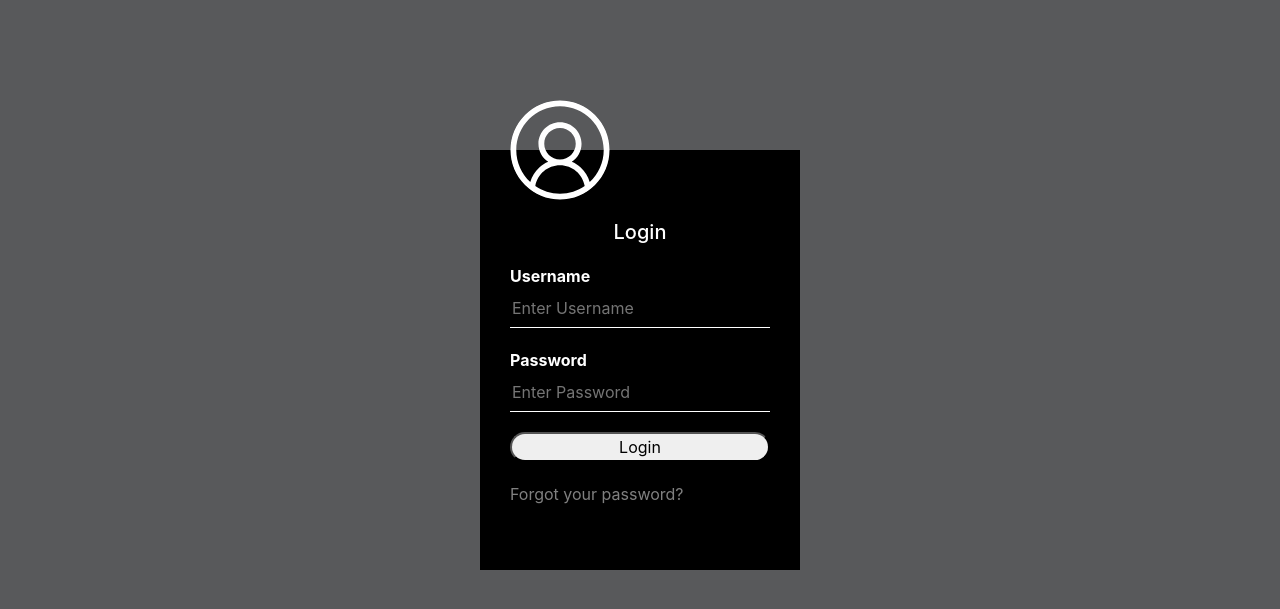
Repository: Lovekr/stylester
Page: stylster_frontend_design/login.html
The author's editor kept a copy of each file at every save. The page is drawn from the files as they stood at one save, then again after the next save.
The browser window is 1280 px wide. The pictures show the whole page.

Above is the page before, as saved 2020-03-09 12:40:35.

### stylster_frontend_design/login.html
<!DOCTYPE html>
<html lang="en">
<head>

    <meta charset="UTF-8">
    <meta name="viewport" content="width=device-width, initial-scale=1.0">
    <link rel="stylesheet" href="https://stackpath.bootstrapcdn.com/bootstrap/4.4.1/css/bootstrap.min.css" >
     <link rel="stylesheet" href="./css/owl.carousel.css">
     <link rel="stylesheet" href="./css//owl.theme.default.min.css">
     <link rel="stylesheet" href="https://cdnjs.cloudflare.com/ajax/libs/font-awesome/4.7.0/css/font-awesome.min.css">
     <link rel="stylesheet" href="./css/login.css">
    <title>STYLSTER</title>
</head>
<body>
     <div class="loginbox">
         <img src="./asset/login icon svg white-01.svg" class="loginicon">
         <h1>Login</h1>
         <form>
             <p>Username</p>
             <input type="text" name="" placeholder="Enter Username">
             <p>Password</p>
             <input type="password" name="" placeholder="Enter Password">
             <input type="submit" name="" value="Login">
             <a href="#">Forgot your password?</a>
         </form>
     </div>










</body>
</html>

### stylster_frontend_design/css/login.css
body {
    margin: 0;
    padding: 0;
    background-color: #58595b;
    background-size: cover;
    background-position: center;
}
.loginbox {
    width: 320px;
    height: 420px;
    background: #000;
    color: #fff;
    position: absolute;
    top:50%;
    left:50%;
    transform: translate(-50%, -50%);
    box-sizing: border-box;
    padding: 70px 30px;
}
.loginicon {
    width: 100px;
    height: 100px;
    border-radius: 50%;
    position: absolute;
    top: -50px;
    left: calc(-50%, 50px);
}
h1 {
    margin:0;
    padding: 0 0 20px;
    text-align: center;
    font-size: 20px;
}
.loginbox p{
    margin: 0;
    padding: 0;
    font-weight: bold;
}
.loginbox input{
    width: 100%;
    margin-bottom: 20px;
}
.loginbox input[type="text"], input[type="password"]
{
    border: none;
    border-bottom: 1px solid #fff;
    background: transparent;
    outline: none;
    height: 40px;
}
.loginbox input[type="submit"]
{
    border-radius: 20px;
}
.loginbox input[type="submit"]:hover
{
    cursor: pointer;
    background:black;
    color: white;
}
.loginbox a{
    text-decoration: none;
    line-height: 20px;
    color: grey;
}

Loaded but not shown: stylster_frontend_design/css/owl.carousel.css (library); stylster_frontend_design/css/owl.theme.default.min.css (common file)

After the next save:
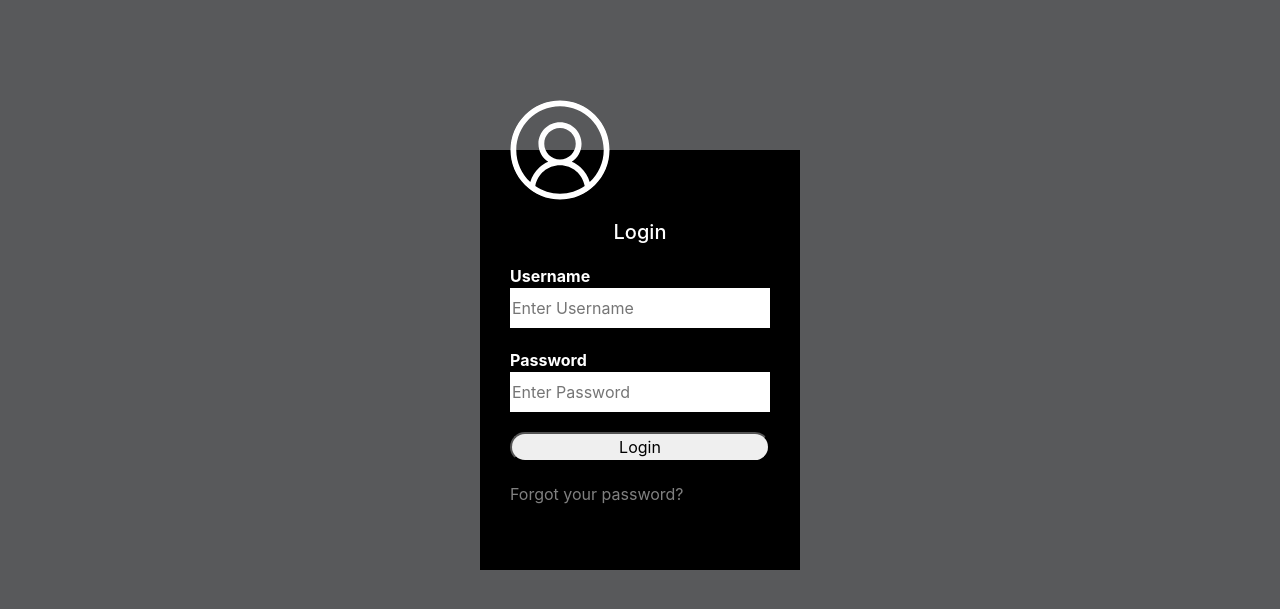
Saved 7 min 48 s later.
--- a/stylster_frontend_design/css/login.css
+++ b/stylster_frontend_design/css/login.css
@@ -17,6 +17,7 @@ body {
     box-sizing: border-box;
     padding: 70px 30px;
 }
+
 .loginicon {
     width: 100px;
     height: 100px;
@@ -44,9 +45,10 @@ h1 {
 {
     border: none;
     border-bottom: 1px solid #fff;
-    background: transparent;
+    background-color: white ;
     outline: none;
     height: 40px;
+color: red;
 }
 .loginbox input[type="submit"]
 {
